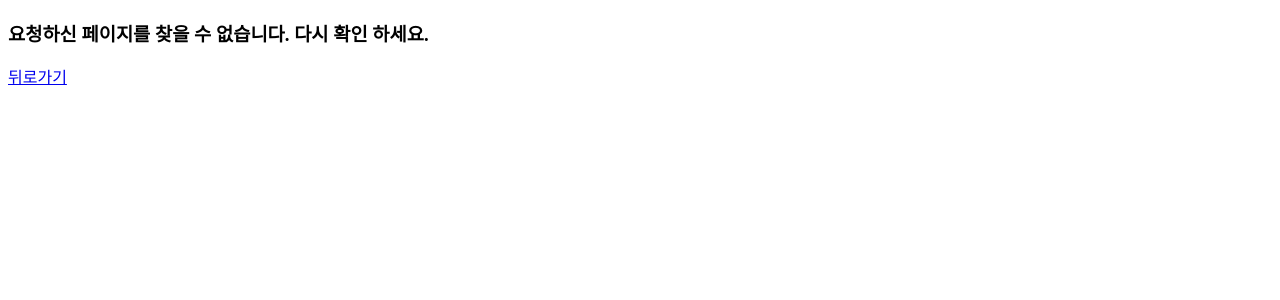
Repository: SangKyuuu/Jsp
Page: http://localhost/ch03/error/500.jsp
The author's editor kept a copy of each file at every save. The page is drawn from the files as they stood at one save, then again after the next save.
The browser window is 1280 px wide. The pictures show the whole page.
The page is served by Tomcat 9.

Above is the page before, as saved 2025-07-28 07:43:56.

### ch03/src/main/webapp/error/500.jsp
<%@ page contentType="text/html; charset=UTF-8" pageEncoding="UTF-8"%>
<!DOCTYPE html>
<html>
	<head>
		<meta charset="UTF-8">
		<title>페이지 찾을 수 없음</title>
	</head>
	<body>
		<h3>요청하신 페이지를 찾을 수 없습니다. 다시 확인 하세요.</h3>
		<a href="../5_exception.jsp">뒤로가기</a>
	</body>
</html>

After the next save:
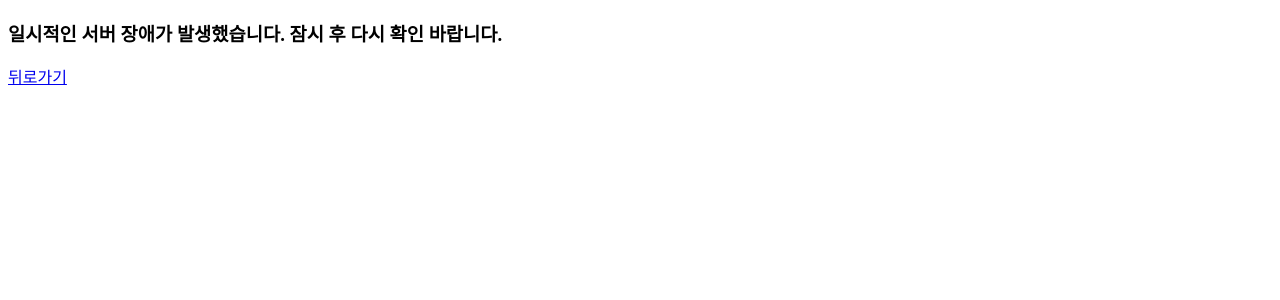
Saved 52 s later.
--- a/ch03/src/main/webapp/error/500.jsp
+++ b/ch03/src/main/webapp/error/500.jsp
@@ -3,10 +3,10 @@
 <html>
 	<head>
 		<meta charset="UTF-8">
-		<title>페이지 찾을 수 없음</title>
+		<title>서버 에러</title>
 	</head>
 	<body>
-		<h3>요청하신 페이지를 찾을 수 없습니다. 다시 확인 하세요.</h3>
+		<h3>일시적인 서버 장애가 발생했습니다. 잠시 후 다시 확인 바랍니다.</h3>
 		<a href="../5_exception.jsp">뒤로가기</a>
 	</body>
 </html>
